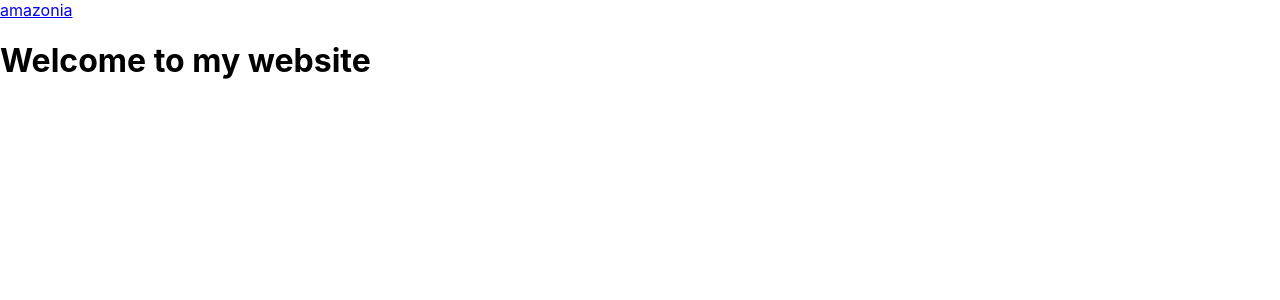
Repository: ninambash/E-comm-site
Page: /
These files come from the project's save history. The page is drawn as it stood at one moment and after the next save; the edit follows.
The browser window is 1280 px wide. The pictures show the whole page.
The project was rebuilt for these pictures with package versions that can differ from the ones it lists, and the page was loaded fresh each time.

Above is the page before, as saved 2023-01-20 18:50:59.

After the next save:
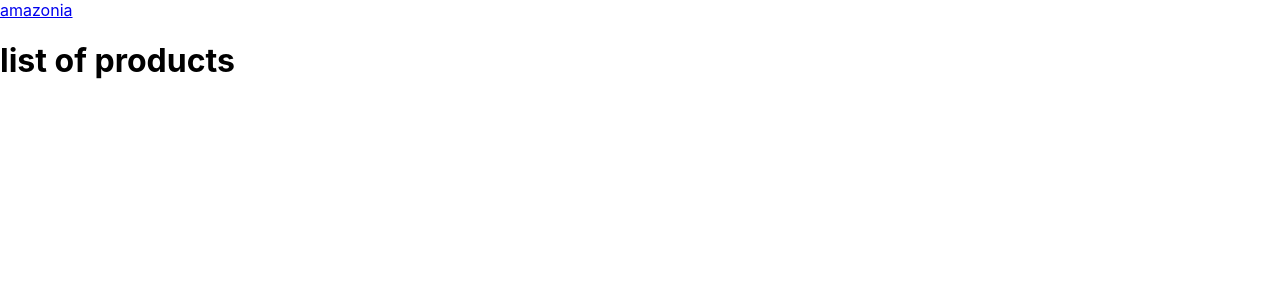
Saved 20 s later.
--- a/src/App.js
+++ b/src/App.js
@@ -7,7 +7,7 @@
         <header>
           <a href= "/" > amazonia </a>
           <main>
-            <h1> Welcome to my website </h1>
+            <h1> list of products </h1>
 
           </main>
 
